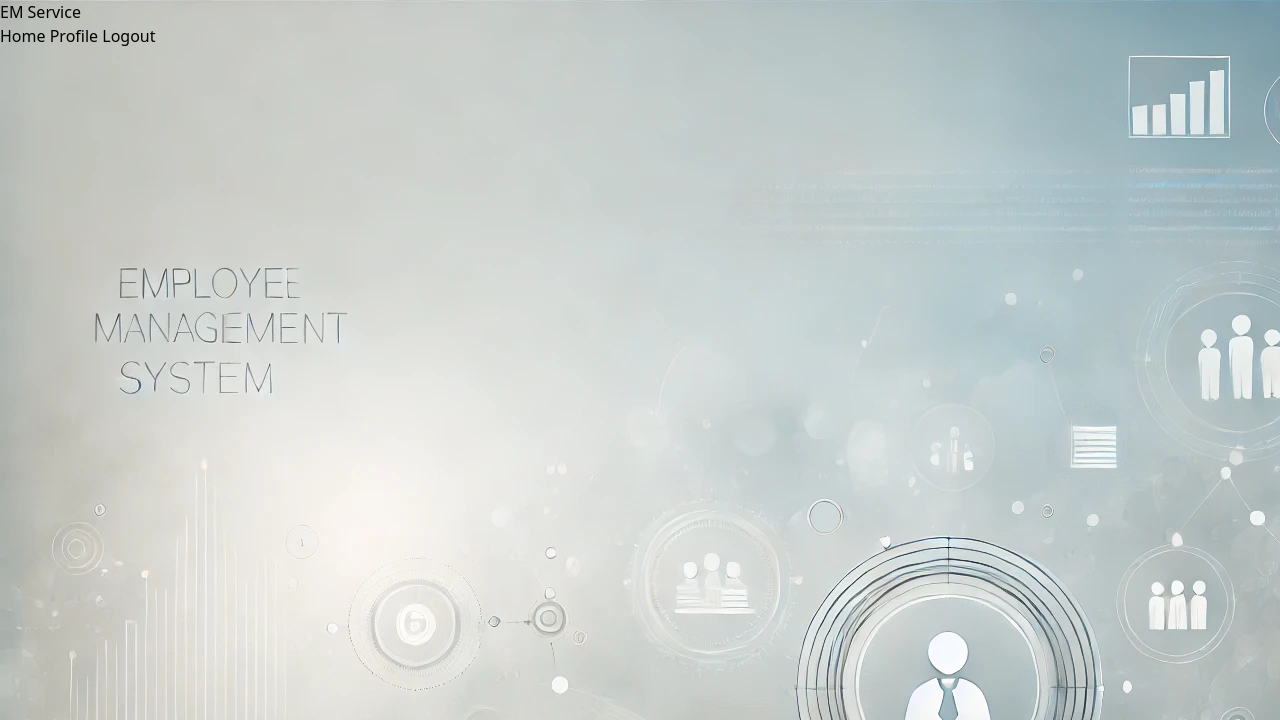
Repository: Vaibhav979/EmployeeManagement-Spring
Page: / (app in em-project-view/)
An editor plug-in stored every save of this project. The page is shown before and after the next save, followed by the edit.
The browser window is 1280 px wide. The pictures show the whole page.
The project was rebuilt for these pictures with package versions that can differ from the ones it lists, and the page was loaded fresh each time. Also part of the build but not shown: em-project-view/vite.config.js.

Above is the page before, as saved 2025-01-02 22:29:33.

After the next save:
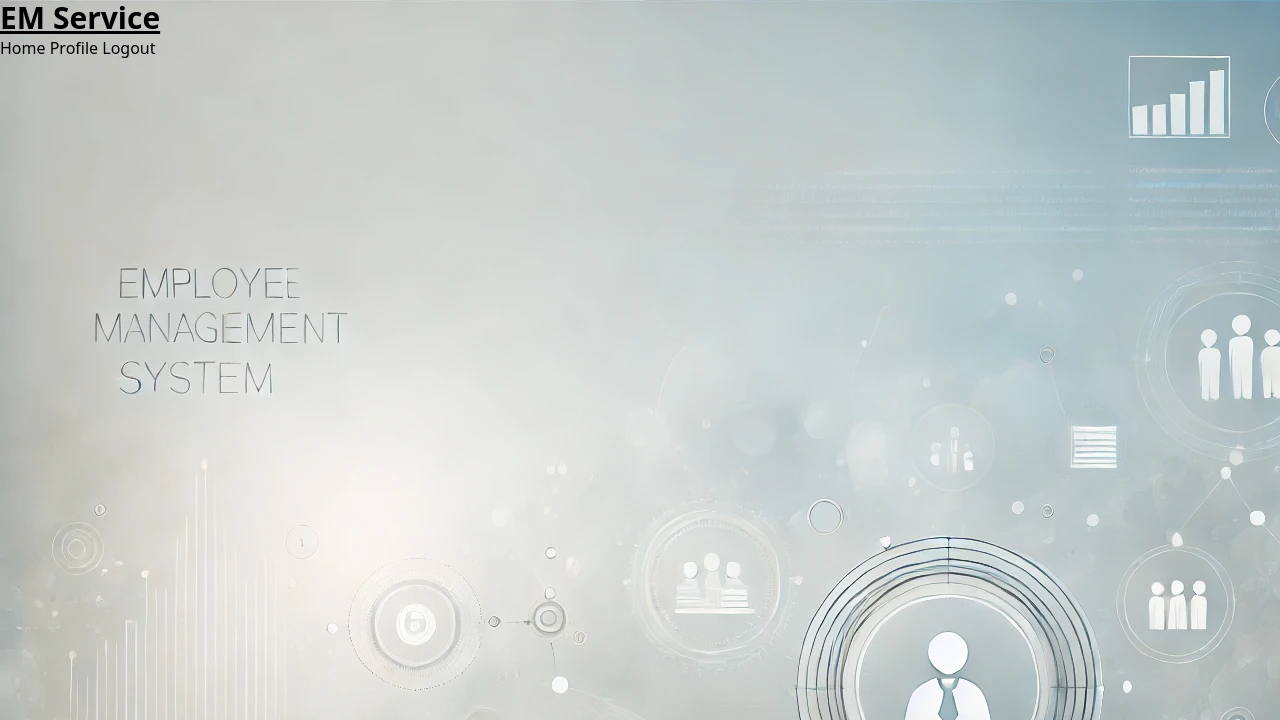
Saved 6 s later.
--- a/em-project-view/src/App.jsx
+++ b/em-project-view/src/App.jsx
@@ -4,10 +4,10 @@ import "./App.css";
 function App() {
   return (
     <div>
-      <h1>EM Service</h1>
+      <h1 className="text-3xl font-bold underline">EM Service</h1>
       <a href="/"> Home </a>
       <a href="/"> Profile </a>
-      <a href="/"> Logout </a>
+      <a href="/"> Logout</a>
     </div>
   );
 }
